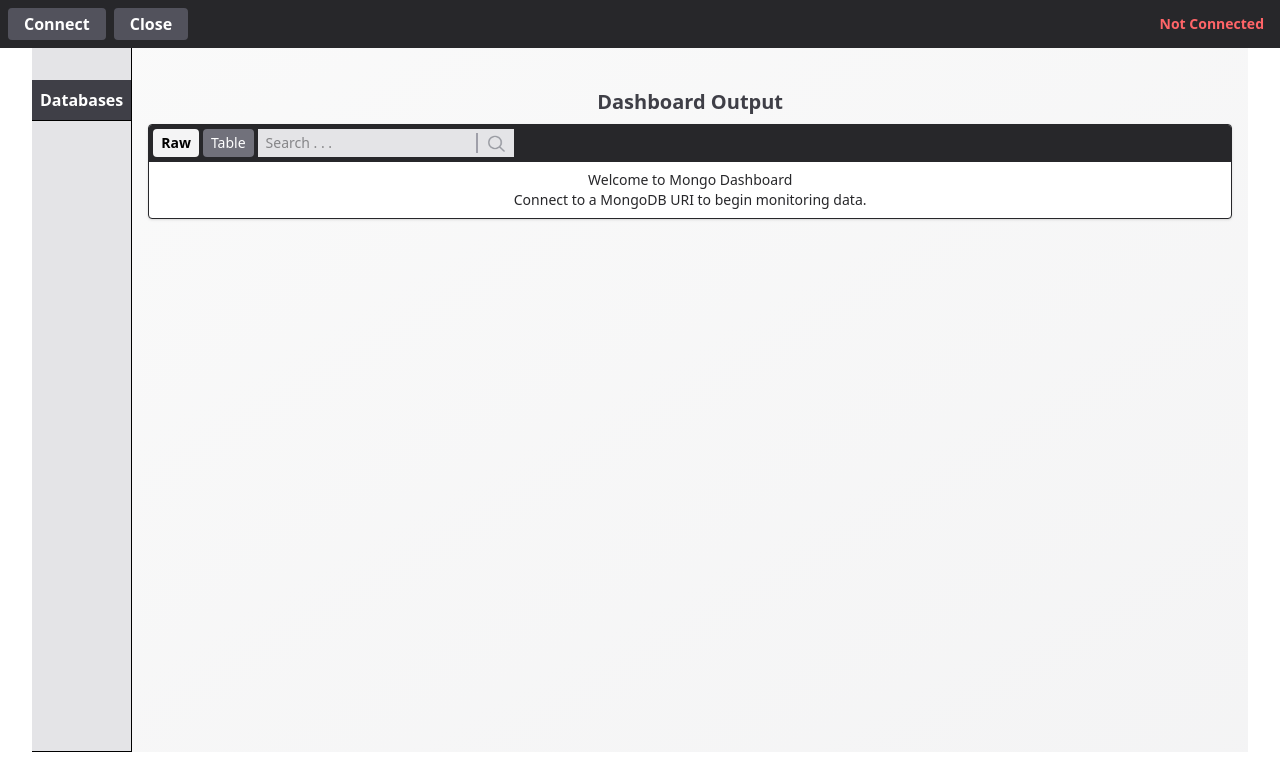
Repository: aryan151pratap/Dashboard
Page: / (app in frontened/)
An editor plug-in stored every save of this project. The page is shown before and after the next save, followed by the edit.
The browser window is 1280 px wide. The pictures show the whole page.
The page's requests for data from a server got no answer. The project was rebuilt for these pictures with package versions that can differ from the ones it lists, and the page was loaded fresh each time. No one was signed in, and anything a server would have sent is missing. Also part of the build but not shown: frontened/vite.config.js, frontened/src/component/connect.jsx, frontened/src/component/table.jsx.

Above is the page before, as saved 2025-06-24 18:38:11.

### frontened/index.html
<!doctype html>
<html lang="en">
  <head>
    <meta charset="UTF-8" />
    <link rel="icon" type="image/svg+xml" href="/vite.svg" />
    <meta name="viewport" content="width=device-width, initial-scale=1.0" />
    <title>Dashboard</title>
    <script src="https://cdn.jsdelivr.net/npm/@tailwindcss/browser@4"></script>

  </head>
  <body>
    <div id="root"></div>
    <script type="module" src="/src/main.jsx"></script>
  </body>
</html>

### frontened/src/App.jsx
import { useState } from 'react'
import './App.css'
import Page from './component/page'

function App() {

  return (
    <>
    <div className='h-screen max-w-full'>
      <Page/>
    </div>
    </>
  )
}

export default App

### frontened/src/component/page.jsx
import Bar from "./bar";

function Page(){
	return(
		<>
		<div className="h-full w-full bg-gradient-to-br from-zinc-50 to-zinc-100">
			<Bar/>
		</div>
		</>
	)
}

export default Page;

### frontened/src/component/bar.jsx
import { useState } from "react";
import Connect from "./connect";
import Dashboard from "./dashboard";

function Bar() {
	const [buttons] = useState(["connect", "close"]);
	const [showModal, setShowModal] = useState(false);
	const [connected, setConnected] = useState('not');
	const [cluster, setCluster] = useState([]);

	return (
		<div>
			{/* Top Navbar */}
			<div className="w-full fixed top-0 left-0 flex justify-between items-center bg-zinc-800 text-white z-10">
				<div className="flex gap-2 p-2">
					{buttons.map((i, index) => (
						<button
						key={index}
						onClick={() => i === "connect" && setShowModal(true)}
						className="capitalize font-semibold bg-zinc-600 px-4 py-1 rounded hover:bg-zinc-700"
						>
						{i}
						</button>
					))}
				</div>
				<div className="h-full">
					{connected === 'connecting' ?
						<div className="flex items-center gap-2 px-4 py-2 text-sm font-semibold text-blue-500">
							<div className="w-5 h-5 border-3 border-blue-500 border-t-transparent rounded-full animate-spin"></div>
							<span>Connecting...</span>
						</div>

						:
						<p className={`px-4 py-2 relative font-semibold text-sm ${connected !== 'not' ? "text-green-400 " : "text-red-400"}`}>
							{connected !== 'not' &&
								<div>
									<div className="absolute right-1 top-0 p-1 rounded-full bg-green-400">
									</div>
									<div className="absolute right-1 top-0 p-1 rounded-full bg-green-400 animate-ping">
									</div>
								</div>
							}
							<span>{connected !== 'not' ? "Connected" : "Not Connected"}</span>
						</p>
					}
				</div>
			</div>

			<div>
				<Dashboard cluster={cluster}/>
			</div>



			{showModal && (
				<Connect
					setConnected={setConnected}
					setShowModal={setShowModal}
					setCluster={setCluster}
				/>
			)}
		</div>
	);
}

export default Bar;

### frontened/src/component/dashboard.jsx
import { useState } from "react";
import Left_bar from "../bars/left_bar";
import Right_bar from "../bars/right_bar";

function Dashboard({ cluster }){

	const [collection, setCollection] = useState(null);

	return(
		<>
		<div className="w-full flex sm:flex-row flex-col">

			<Left_bar setCollection={setCollection} cluster={cluster}/>

			<Right_bar collection={collection}/>

		</div>
		</>
	)
}

export default Dashboard;

### frontened/src/bars/left_bar.jsx
import { useState } from "react";
import clusterData from "../data/clusterData";
const apiUrl = import.meta.env.VITE_BACKEND_ADD;

function Left_bar({ setCollection, cluster }){
	const [current_database, setCurrent_database] = useState(null);

	const handle_current_database = function(i){
		setCurrent_database(i);
	}

	const handle_current_collections = async function(i){
		const new_data = {
			uri: cluster.uri,
			database: current_database.name,
			collection: i,
		}
		console.log(new_data);
		try{
			if(new_data){
				const res = await fetch(`${apiUrl}/api/collection/`, {
					method: 'POST',
					headers: {
						'Content-Type': 'application/json',
					},
					credentials: 'include',
					body: JSON.stringify(new_data),
				})

				const result = await res.json();
				if(result.ok){
					const collection = {
						cluster: cluster.name,
						...new_data,
						data: result.data
					}
					setCollection(collection);
				} else {
					console.error(result.message || 'Login failed');
				}
			}
		} catch (err) {
			console.log(err);
		}
	}

	return(
		<>
		<div className="sticky top-0 shrink-0 h-fit sm:h-screen w-full sm:w-fit pt-12 bg-zinc-200 border-b sm:border-r">

			<div className="flex flex-row border-b">
				<button className={`sm:w-full sm:text-center font-bold px-2 py-2 ${current_database === null ? 'text-white bg-zinc-700' : 'text-zinc-700'}`}
					onClick={() => setCurrent_database(null)}
				>
					{current_database ?
					<span>{current_database.name}</span>
					:
					<span>Databases</span>
					}
				</button>

				{current_database &&
					<button className={`sm:text-center font-bold px-4 py-2 ${current_database !== null ? 'text-white bg-zinc-700' : 'text-zinc-700'}`}>Collections</button>
				}
			</div>


			<ul className="text-sm flex sm:flex-col flex-row overflow-x-auto">
			{current_database ?
			<>
				{current_database.collections?.map((i, index) => (
					<li key={index} className="hover:underline cursor-pointer border-r sm:border-r-0 sm:border-b px-4 py-2"
					onClick={() => handle_current_collections(i)}
					>
						{i}
					</li>
				))}
			</>
			:
			<>
				{cluster.databases?.map((i, index) => (
					<li key={index} className="hover:underline cursor-pointer border-r sm:border-r-0 sm:border-b px-4 py-2"
					onClick={() => handle_current_database(i)}
					>
						{i.name}
					</li>
				))}
			</>
			}
			</ul>
		</div>
		</>
	)
}

export default Left_bar;

### frontened/src/bars/right_bar.jsx
import { useState } from "react";
import Table from "../component/table";
import Search from "../component/search";

function Right_bar({ collection }){

	const [tab, setTab] = useState(['raw', 'table']);
	const [current_tab, setCurrrent_tab] = useState('raw');

	return(
		<>
		<div className="w-full sm:pt-14 p-2 sm:p-4">
			<h1 className="text-xl font-bold mb-2 text-zinc-700">Dashboard Output</h1>

			{collection &&
				<div className="bg-zinc-200 p-2 mb-2">
					<div className="flex flex-row gap-2 overflow-x-auto font-semibold text-zinc-700">
						<span className="shrink-0 hover:underline cursor-pointer">{collection.cluster}
							<svg xmlns="http://www.w3.org/2000/svg" className="w-4 h-4 ml-1 inline-block" fill="none" viewBox="0 0 24 24" stroke="currentColor" strokeWidth={2}>
								<path strokeLinecap="round" strokeLinejoin="round" d="M9 5l7 7-7 7" />
							</svg>
						</span>
						<span className="shrink-0 hover:underline cursor-pointer">{collection.database}
							<svg xmlns="http://www.w3.org/2000/svg" className="w-4 h-4 ml-1 inline-block" fill="none" viewBox="0 0 24 24" stroke="currentColor" strokeWidth={2}>
								<path strokeLinecap="round" strokeLinejoin="round" d="M9 5l7 7-7 7" />
							</svg>
						</span>
						<span className="shrink-0 hover:underline cursor-pointer">{collection.collection}
						</span>
					</div>
				</div>
			}

			<div className="bg-white border rounded shadow text-sm text-zinc-800 overflow-hidden">
				<div className="bg-zinc-800 flex gap-1 p-1 border-b">
					{tab.map((i, index) => (
						<button key={index} className={`${current_tab === i ? 'bg-zinc-100 text-black font-bold' : 'bg-zinc-500 text-white'} px-2 py-1 rounded-sm capitalize cursor-pointer`}
						onClick={() => setCurrrent_tab(i)}
						>
							{i}
						</button>
					))}
					<div className="bg-zinc-400">
						<Search/>
					</div>
				</div>


				<div className="overflow-x-auto">

					{collection?.data.length > 0 ?
						<div className="">
							{current_tab === 'table' ?
							<div>
								<Table collection={collection}/>
							</div>
							:
								<div>
									{collection.data.map((i, index) => (
										<pre key={index} className="bg-black text-green-400 p-4 rounded overflow-x-auto text-sm">
											{JSON.stringify(i, null, 2)}
										</pre>
									))}
								</div>
							}
					</div>
					:
					<div className="p-2">
						<p>Welcome to Mongo Dashboard</p>
						<p>Connect to a MongoDB URI to begin monitoring data.</p>
					</div>
					}
				</div>
			</div>
		</div>
		</>
	)
}

export default Right_bar;

### frontened/src/data/clusterData.js
const clusterData = {
  name: "iotCluster",
  uri: "mongodb+srv://admin:pass@iotcluster.mongodb.net", // optional metadata
  databases: [
    {
      name: "sensorDB",
      collections: ["temperature", "humidity", "pressure"]
    },
    {
      name: "deviceLogs",
      collections: ["bootLogs", "errorLogs", "runtimeStats"]
    },
    {
      name: "statusDB",
      collections: ["uptime", "statusHistory", "batteryHealth"]
    }
  ]
};

export default clusterData;

### frontened/src/component/search.jsx
import { useEffect, useState } from "react";
import search_img from '../image/search.png';

function Search({ data, setData }){

	const [search, setSearch] = useState("");



	return(
		<>
		<div className="w-full px-2 py-1 flex gap-2 bg-zinc-200">
			<input type="text" value={search} placeholder="Search . . ." className="w-full md:w-[50%] outline-none"
			onChange={(e) => {setSearch(e.target.value)}}
			/>
			<div className="text-zinc-400 items-center flex gap-2 flex-row justify-center ml-auto">
				{search.trim() !== '' &&
					<button className="text-zinc-500"
					onClick={() => setSearch('')}
					>
						<svg xmlns="http://www.w3.org/2000/svg" className="h-5 w-5" fill="none" viewBox="0 0 24 24" stroke="currentColor">
							<path strokeLinecap="round" strokeLinejoin="round" strokeWidth={2} d="M6 18L18 6M6 6l12 12" />
						</svg>
					</button>
				}
				<div className="border-1 h-full"></div>
				<img src={search_img} alt="" className="w-5 h-5"/>
			</div>
		</div>
		</>
	)
}

export default Search;

Loaded but not shown: frontened/src/main.jsx (common file); frontened/src/App.css (common file)

After the next save:
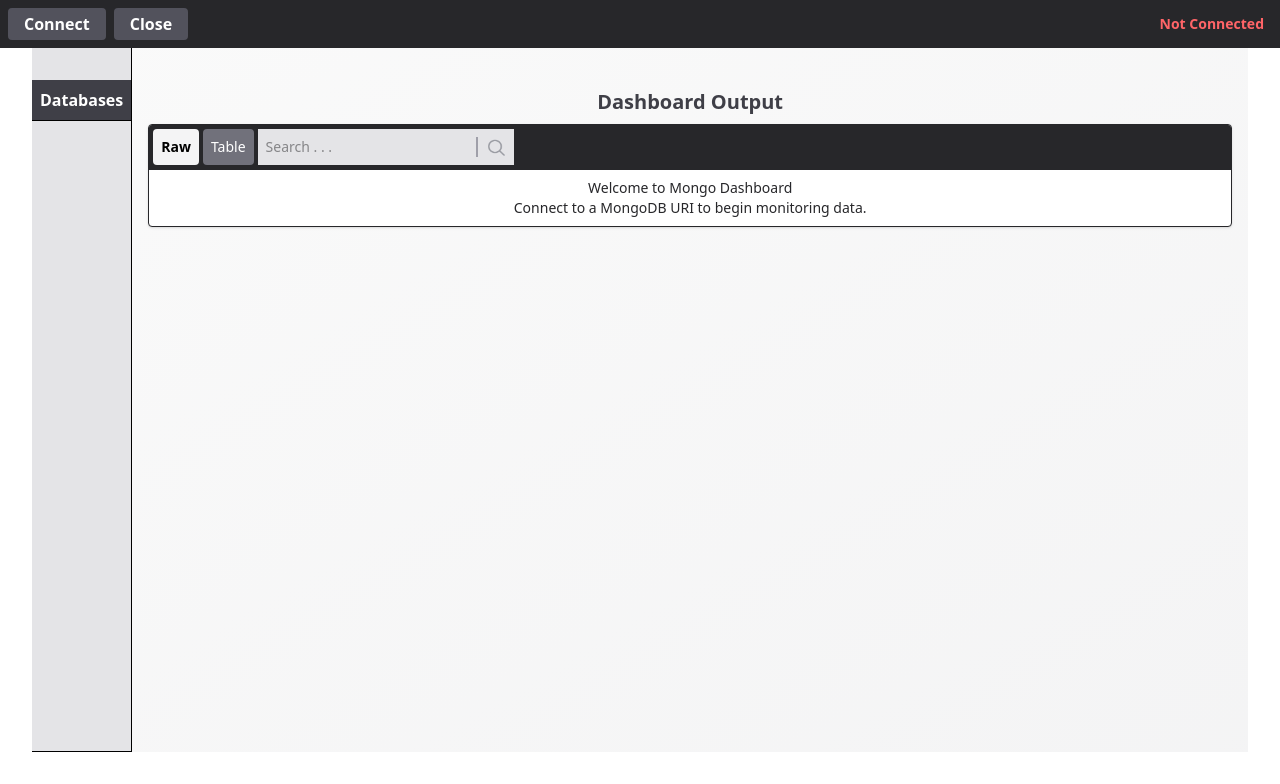
Saved 5 s later.
--- a/frontened/src/component/search.jsx
+++ b/frontened/src/component/search.jsx
@@ -9,7 +9,7 @@
 
 	return(
 		<>
-		<div className="w-full px-2 py-1 flex gap-2 bg-zinc-200">
+		<div className="w-full px-2 py-2 flex gap-2 bg-zinc-200">
 			<input type="text" value={search} placeholder="Search . . ." className="w-full md:w-[50%] outline-none"
 			onChange={(e) => {setSearch(e.target.value)}}
 			/>
